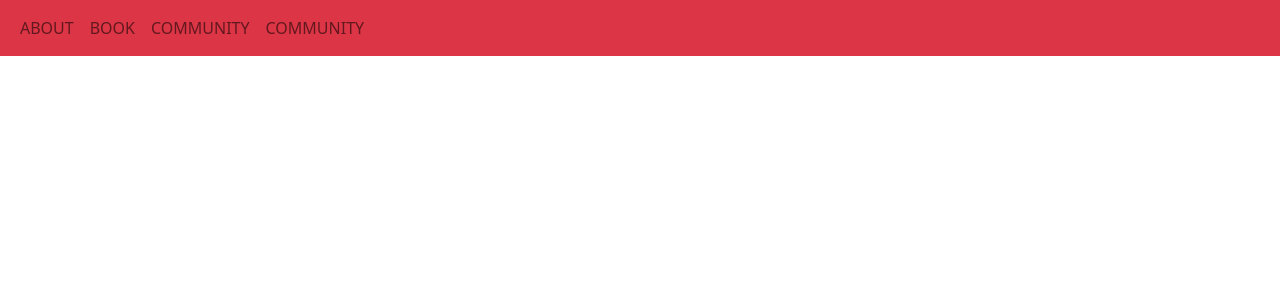
Repository: yeonddu/green_js
Page: pro01/testys/drop-down.html
These files come from the project's save history. The page is drawn as it stood at one moment and after the next save; the edit follows.
The browser window is 1280 px wide. The pictures show the whole page.

Above is the page before, as saved 2022-12-23 06:38:15.

### pro01/testys/drop-down.html
<!DOCTYPE html>
<html>
<head>
<meta charset="EUC-KR">
<title>Insert title here</title>
<link href="https://cdn.jsdelivr.net/npm/bootstrap@5.2.2/dist/css/bootstrap.min.css" rel="stylesheet" integrity="sha384-Zenh87qX5JnK2Jl0vWa8Ck2rdkQ2Bzep5IDxbcnCeuOxjzrPF/et3URy9Bv1WTRi" crossorigin="anonymous">
<script src="https://cdn.jsdelivr.net/npm/bootstrap@5.2.2/dist/js/bootstrap.bundle.min.js" integrity="sha384-OERcA2EqjJCMA+/3y+gxIOqMEjwtxJY7qPCqsdltbNJuaOe923+mo//f6V8Qbsw3" crossorigin="anonymous"></script>

</head>
<body>
 <nav class="navbar navbar-expand-lg bg-danger">
  <div class="container-fluid">
    <button class="navbar-toggler" type="button" data-bs-toggle="collapse" data-bs-target="#navbarSupportedContent" aria-controls="navbarSupportedContent" aria-expanded="false" aria-label="Toggle navigation">
      <span class="navbar-toggler-icon"></span>
    </button>
    <div class="collapse navbar-collapse" id="navbarSupportedContent">
      <ul class="navbar-nav me-auto mb-2 mb-lg-0">

        <li class="nav-item dropdown">
          <a class="nav-link dropdown" href="#" role="button" data-bs-toggle="dropdown" aria-expanded="false">
           ABOUT
          </a>
          <ul class="dropdown-menu">
            <li><a class="dropdown-item" href="#">이지스 퍼블리싱(주) 소개</a></li>
            <li><a class="dropdown-item" href="#">뉴스와 홍보자료</a></li>
            <li><a class="dropdown-item" href="#">찾아오시는 길</a></li>
          </ul>
        </li>

        <li class="nav-item dropdown">
          <a class="nav-link dropdown" href="#" role="button" data-bs-toggle="dropdown" aria-expanded="false">
           BOOK
          </a>
          <ul class="dropdown-menu">
            <li><a class="dropdown-item" href="#">전체보기</a></li>
            <li><a class="dropdown-item" href="#">분아별 보기</a></li>
            <li><a class="dropdown-item" href="#">시리즈 보기</a></li>
            <li><a class="dropdown-item" href="#">전자책 보기</a></li>
            <li><a class="dropdown-item" href="#">이지스 에듀 도서 보기</a></li>
          </ul>
        </li>

        <li class="nav-item dropdown">
          <a class="nav-link dropdown" href="#" role="button" data-bs-toggle="dropdown" aria-expanded="false">
           COMMUNITY
          </a>
          <ul class="dropdown-menu">
            <li><a class="dropdown-item" href="#">공지사항</a></li>
            <li><a class="dropdown-item" href="#">뉴스</a></li>
            <li><a class="dropdown-item" href="#">이벤트</a></li>
            <li><a class="dropdown-item" href="#">자료실</a></li>
            <li><a class="dropdown-item" href="#">질문과 답변</a></li>
          </ul>
        </li>

        <li class="nav-item dropdown">
          <a class="nav-link dropdown" href="#" role="button" data-bs-toggle="dropdown" aria-expanded="false">
           COMMUNITY
          </a>
          <ul class="dropdown-menu">
            <li><a class="dropdown-item" href="#">공지사항</a></li>
            <li><a class="dropdown-item" href="#">뉴스</a></li>
            <li><a class="dropdown-item" href="#">이벤트</a></li>
            <li><a class="dropdown-item" href="#">자료실</a></li>
            <li><a class="dropdown-item" href="#">질문과 답변</a></li>
          </ul>
        </li>


      </ul>
    </div>
  </div>
</nav>



</body>
</html>

After the next save:
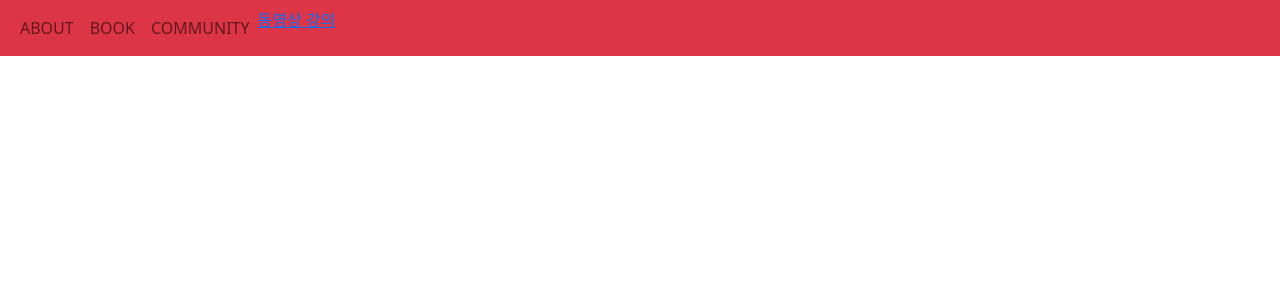
Saved 30 s later.
--- a/pro01/testys/drop-down.html
+++ b/pro01/testys/drop-down.html
@@ -54,16 +54,7 @@
         </li>
 
         <li class="nav-item dropdown">
-          <a class="nav-link dropdown" href="#" role="button" data-bs-toggle="dropdown" aria-expanded="false">
-           COMMUNITY
-          </a>
-          <ul class="dropdown-menu">
-            <li><a class="dropdown-item" href="#">공지사항</a></li>
-            <li><a class="dropdown-item" href="#">뉴스</a></li>
-            <li><a class="dropdown-item" href="#">이벤트</a></li>
-            <li><a class="dropdown-item" href="#">자료실</a></li>
-            <li><a class="dropdown-item" href="#">질문과 답변</a></li>
-          </ul>
+          <a href="#">동영상 강의</a>
         </li>
 
 
